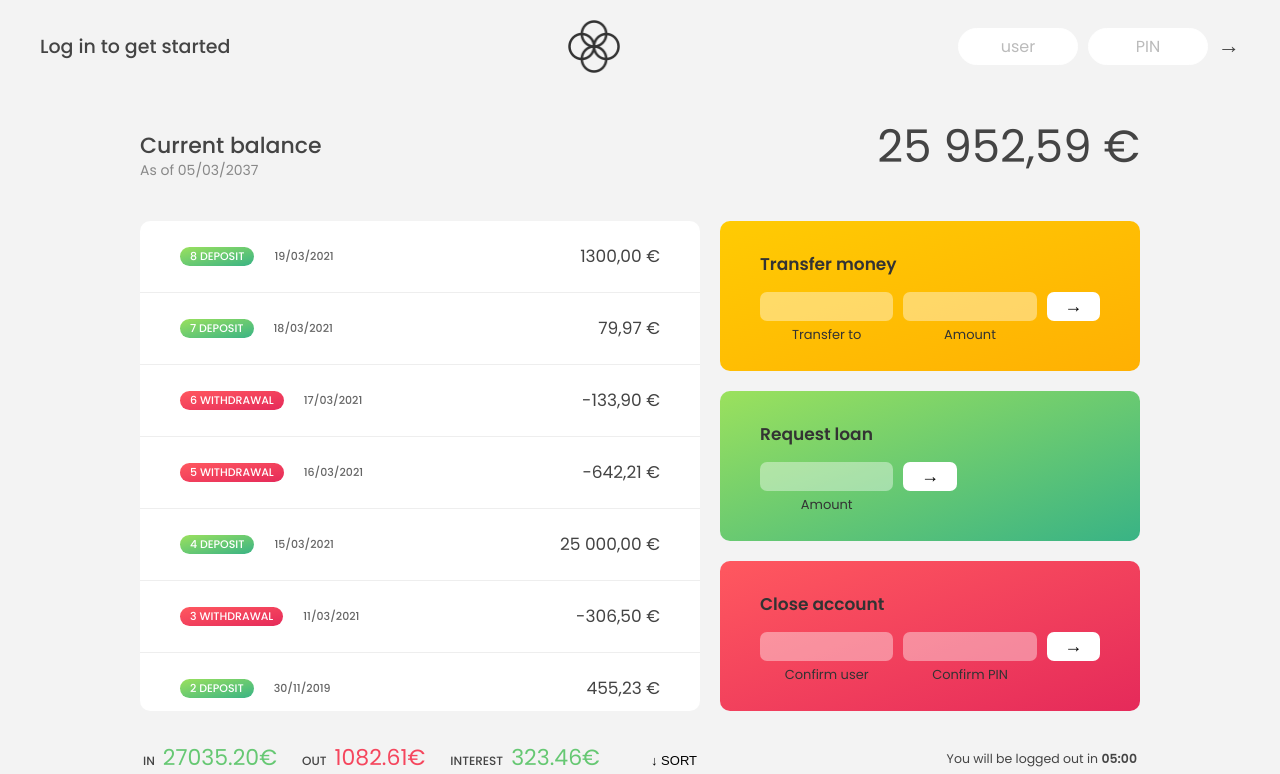
Repository: Samkiroko/Dateas-Number-Timers
Page: starter/index.html
The author's editor kept a copy of each file at every save. The page is drawn from the files as they stood at one save, then again after the next save.
The browser window is 1280 px wide. The pictures show the whole page.
An inner scrolling area shows only its first screen.

Above is the page before, as saved 2021-03-20 17:35:14.

### starter/index.html
<!DOCTYPE html>
<html lang="en">
  <head>
    <meta charset="UTF-8" />
    <meta name="viewport" content="width=device-width, initial-scale=1.0" />
    <meta http-equiv="X-UA-Compatible" content="ie=edge" />
    <link rel="shortcut icon" type="image/png" href="/icon.png" />

    <link
      href="https://fonts.googleapis.com/css?family=Poppins:400,500,600&display=swap"
      rel="stylesheet"
    />

    <link rel="stylesheet" href="style.css" />
    <title>Bankist</title>
  </head>
  <body>
    <!-- TOP NAVIGATION -->
    <nav>
      <p class="welcome">Log in to get started</p>
      <img src="logo.png" alt="Logo" class="logo" />
      <form class="login">
        <input
          type="text"
          placeholder="user"
          class="login__input login__input--user"
        />
        <!-- In practice, use type="password" -->
        <input
          type="text"
          placeholder="PIN"
          maxlength="4"
          class="login__input login__input--pin"
        />
        <button class="login__btn">&rarr;</button>
      </form>
    </nav>

    <main class="app">
      <!-- BALANCE -->
      <div class="balance">
        <div>
          <p class="balance__label">Current balance</p>
          <p class="balance__date">
            As of <span class="date">05/03/2037</span>
          </p>
        </div>
        <p class="balance__value">0000€</p>
      </div>

      <!-- MOVEMENTS -->
      <div class="movements">
        <div class="movements__row">
          <div class="movements__type movements__type--deposit">2 deposit</div>
          <div class="movements__date">3 days ago</div>
          <div class="movements__value">4 000€</div>
        </div>
        <div class="movements__row">
          <div class="movements__type movements__type--withdrawal">
            1 withdrawal
          </div>
          <div class="movements__date">24/01/2037</div>
          <div class="movements__value">-378€</div>
        </div>
      </div>

      <!-- SUMMARY -->
      <div class="summary">
        <p class="summary__label">In</p>
        <p class="summary__value summary__value--in">0000€</p>
        <p class="summary__label">Out</p>
        <p class="summary__value summary__value--out">0000€</p>
        <p class="summary__label">Interest</p>
        <p class="summary__value summary__value--interest">0000€</p>
        <button class="btn--sort">&downarrow; SORT</button>
      </div>

      <!-- OPERATION: TRANSFERS -->
      <div class="operation operation--transfer">
        <h2>Transfer money</h2>
        <form class="form form--transfer">
          <input type="text" class="form__input form__input--to" />
          <input type="number" class="form__input form__input--amount" />
          <button class="form__btn form__btn--transfer">&rarr;</button>
          <label class="form__label">Transfer to</label>
          <label class="form__label">Amount</label>
        </form>
      </div>

      <!-- OPERATION: LOAN -->
      <div class="operation operation--loan">
        <h2>Request loan</h2>
        <form class="form form--loan">
          <input type="number" class="form__input form__input--loan-amount" />
          <button class="form__btn form__btn--loan">&rarr;</button>
          <label class="form__label form__label--loan">Amount</label>
        </form>
      </div>

      <!-- OPERATION: CLOSE -->
      <div class="operation operation--close">
        <h2>Close account</h2>
        <form class="form form--close">
          <input type="text" class="form__input form__input--user" />
          <input
            type="password"
            maxlength="6"
            class="form__input form__input--pin"
          />
          <button class="form__btn form__btn--close">&rarr;</button>
          <label class="form__label">Confirm user</label>
          <label class="form__label">Confirm PIN</label>
        </form>
      </div>

      <!-- LOGOUT TIMER -->
      <p class="logout-timer">
        You will be logged out in <span class="timer">05:00</span>
      </p>
    </main>

    <!-- <footer>
      &copy; by Jonas Schmedtmann. Don't claim as your own :)
    </footer> -->

    <script src="script.js"></script>
  </body>
</html>

### starter/style.css
/*
 * Use this CSS to learn some intersting techniques,
 * in case you're wondering how I built the UI.
 * Have fun! 😁
 */

* {
  margin: 0;
  padding: 0;
  box-sizing: inherit;
}

html {
  font-size: 62.5%;
  box-sizing: border-box;
}

body {
  font-family: 'Poppins', sans-serif;
  color: #444;
  background-color: #f3f3f3;
  height: 100vh;
  padding: 2rem;
}

nav {
  display: flex;
  justify-content: space-between;
  align-items: center;
  padding: 0 2rem;
}

.welcome {
  font-size: 1.9rem;
  font-weight: 500;
}

.logo {
  height: 5.25rem;
}

.login {
  display: flex;
}

.login__input {
  border: none;
  padding: 0.5rem 2rem;
  font-size: 1.6rem;
  font-family: inherit;
  text-align: center;
  width: 12rem;
  border-radius: 10rem;
  margin-right: 1rem;
  color: inherit;
  border: 1px solid #fff;
  transition: all 0.3s;
}

.login__input:focus {
  outline: none;
  border: 1px solid #ccc;
}

.login__input::placeholder {
  color: #bbb;
}

.login__btn {
  border: none;
  background: none;
  font-size: 2.2rem;
  color: inherit;
  cursor: pointer;
  transition: all 0.3s;
}

.login__btn:hover,
.login__btn:focus,
.btn--sort:hover,
.btn--sort:focus {
  outline: none;
  color: #777;
}

/* MAIN */
.app {
  position: relative;
  max-width: 100rem;
  margin: 4rem auto;
  display: grid;
  grid-template-columns: 4fr 3fr;
  grid-template-rows: auto repeat(3, 15rem) auto;
  gap: 2rem;

  /* NOTE This creates the fade in/out anumation */
  opacity: 0;
  transition: all 1s;
}

.balance {
  grid-column: 1 / span 2;
  display: flex;
  align-items: flex-end;
  justify-content: space-between;
  margin-bottom: 2rem;
}

.balance__label {
  font-size: 2.2rem;
  font-weight: 500;
  margin-bottom: -0.2rem;
}

.balance__date {
  font-size: 1.4rem;
  color: #888;
}

.balance__value {
  font-size: 4.5rem;
  font-weight: 400;
}

/* MOVEMENTS */
.movements {
  grid-row: 2 / span 3;
  background-color: #fff;
  border-radius: 1rem;
  overflow: scroll;
}

.movements__row {
  padding: 2.25rem 4rem;
  display: flex;
  align-items: center;
  border-bottom: 1px solid #eee;
}

.movements__type {
  font-size: 1.1rem;
  text-transform: uppercase;
  font-weight: 500;
  color: #fff;
  padding: 0.1rem 1rem;
  border-radius: 10rem;
  margin-right: 2rem;
}

.movements__date {
  font-size: 1.1rem;
  text-transform: uppercase;
  font-weight: 500;
  color: #666;
}

.movements__type--deposit {
  background-image: linear-gradient(to top left, #39b385, #9be15d);
}

.movements__type--withdrawal {
  background-image: linear-gradient(to top left, #e52a5a, #ff585f);
}

.movements__value {
  font-size: 1.7rem;
  margin-left: auto;
}

/* SUMMARY */
.summary {
  grid-row: 5 / 6;
  display: flex;
  align-items: baseline;
  padding: 0 0.3rem;
  margin-top: 1rem;
}

.summary__label {
  font-size: 1.2rem;
  font-weight: 500;
  text-transform: uppercase;
  margin-right: 0.8rem;
}

.summary__value {
  font-size: 2.2rem;
  margin-right: 2.5rem;
}

.summary__value--in,
.summary__value--interest {
  color: #66c873;
}

.summary__value--out {
  color: #f5465d;
}

.btn--sort {
  margin-left: auto;
  border: none;
  background: none;
  font-size: 1.3rem;
  font-weight: 500;
  cursor: pointer;
}

/* OPERATIONS */
.operation {
  border-radius: 1rem;
  padding: 3rem 4rem;
  color: #333;
}

.operation--transfer {
  background-image: linear-gradient(to top left, #ffb003, #ffcb03);
}

.operation--loan {
  background-image: linear-gradient(to top left, #39b385, #9be15d);
}

.operation--close {
  background-image: linear-gradient(to top left, #e52a5a, #ff585f);
}

h2 {
  margin-bottom: 1.5rem;
  font-size: 1.7rem;
  font-weight: 600;
  color: #333;
}

.form {
  display: grid;
  grid-template-columns: 2.5fr 2.5fr 1fr;
  grid-template-rows: auto auto;
  gap: 0.4rem 1rem;
}

/* Exceptions for interst */
.form.form--loan {
  grid-template-columns: 2.5fr 1fr 2.5fr;
}
.form__label--loan {
  grid-row: 2;
}
/* End exceptions */

.form__input {
  width: 100%;
  border: none;
  background-color: rgba(255, 255, 255, 0.4);
  font-family: inherit;
  font-size: 1.5rem;
  text-align: center;
  color: #333;
  padding: 0.3rem 1rem;
  border-radius: 0.7rem;
  transition: all 0.3s;
}

.form__input:focus {
  outline: none;
  background-color: rgba(255, 255, 255, 0.6);
}

.form__label {
  font-size: 1.3rem;
  text-align: center;
}

.form__btn {
  border: none;
  border-radius: 0.7rem;
  font-size: 1.8rem;
  background-color: #fff;
  cursor: pointer;
  transition: all 0.3s;
}

.form__btn:focus {
  outline: none;
  background-color: rgba(255, 255, 255, 0.8);
}

.logout-timer {
  padding: 0 0.3rem;
  margin-top: 1.9rem;
  text-align: right;
  font-size: 1.25rem;
}

.timer {
  font-weight: 600;
}

### starter/script.js
'use strict';

/////////////////////////////////////////////////
/////////////////////////////////////////////////
// BANKIST APP

/////////////////////////////////////////////////
// Data

// DIFFERENT DATA! Contains movement dates, currency and locale

const account1 = {
  owner: 'Jonas Schmedtmann',
  movements: [200, 455.23, -306.5, 25000, -642.21, -133.9, 79.97, 1300],
  interestRate: 1.2, // %
  pin: 1111,

  movementsDates: [
    '2019-11-01T13:15:33.035Z',
    '2019-11-30T09:48:16.867Z',
    '2021-03-11T06:04:23.907Z',
    '2021-03-15T14:18:46.235Z',
    '2021-03-16T16:33:06.386Z',
    '2021-03-17T14:43:26.374Z',
    '2021-03-18T18:49:59.371Z',
    '2021-03-19T12:01:20.894Z',
  ],
  currency: 'EUR',
  locale: 'pt-PT', // de-DE
};

const account2 = {
  owner: 'Jessica Davis',
  movements: [5000, 3400, -150, -790, -3210, -1000, 8500, -30],
  interestRate: 1.5,
  pin: 2222,

  movementsDates: [
    '2019-11-01T13:15:33.035Z',
    '2019-11-30T09:48:16.867Z',
    '2021-03-11T06:04:23.907Z',
    '2021-03-15T14:18:46.235Z',
    '2021-03-16T16:33:06.386Z',
    '2021-03-17T14:43:26.374Z',
    '2021-03-18T18:49:59.371Z',
    '2021-03-19T12:01:20.894Z',
  ],
  currency: 'USD',
  locale: 'en-US',
};

const accounts = [account1, account2];

/////////////////////////////////////////////////
// Elements
const labelWelcome = document.querySelector('.welcome');
const labelDate = document.querySelector('.date');
const labelBalance = document.querySelector('.balance__value');
const labelSumIn = document.querySelector('.summary__value--in');
const labelSumOut = document.querySelector('.summary__value--out');
const labelSumInterest = document.querySelector('.summary__value--interest');
const labelTimer = document.querySelector('.timer');

const containerApp = document.querySelector('.app');
const containerMovements = document.querySelector('.movements');

const btnLogin = document.querySelector('.login__btn');
const btnTransfer = document.querySelector('.form__btn--transfer');
const btnLoan = document.querySelector('.form__btn--loan');
const btnClose = document.querySelector('.form__btn--close');
const btnSort = document.querySelector('.btn--sort');

const inputLoginUsername = document.querySelector('.login__input--user');
const inputLoginPin = document.querySelector('.login__input--pin');
const inputTransferTo = document.querySelector('.form__input--to');
const inputTransferAmount = document.querySelector('.form__input--amount');
const inputLoanAmount = document.querySelector('.form__input--loan-amount');
const inputCloseUsername = document.querySelector('.form__input--user');
const inputClosePin = document.querySelector('.form__input--pin');

/////////////////////////////////////////////////
// Functions

const formatMovementDate = function (date, locale) {
  const calcDaysPassed = (date1, date2) =>
    Math.round(Math.abs(date2 - date1) / (1000 * 60 * 60 * 24));

  const daysPassed = calcDaysPassed(new Date(), date);

  if (daysPassed === 0) return 'Today';
  if (daysPassed === 1) return 'Yesterday';
  if (daysPassed <= 7) return `${daysPassed} days ago`;

  // const day = `${date.getDate()}`.padStart(2, 0);
  // const month = `${date.getMonth() + 1}`.padStart(2, 0);
  // const year = date.getFullYear();
  // return `${day}/${month}/${year}`;
  return new Intl.DateTimeFormat(locale).format(date);
};

const formatCur = (value, locale, currency) => {
  return new Intl.NumberFormat(locale, {
    style: 'currency',
    currency: currency,
  }).format(value);
};

const displayMovements = function (acc, sort = false) {
  containerMovements.innerHTML = '';

  const movs = sort
    ? acc.movements.slice().sort((a, b) => a - b)
    : acc.movements;

  movs.forEach(function (mov, i) {
    const type = mov > 0 ? 'deposit' : 'withdrawal';

    const date = new Date(acc.movementsDates[i]);
    const displayDate = formatMovementDate(date, acc.locale);

    const formattedMov = formatCur(mov, acc.locale, acc.currency);

    const html = `
      <div class="movements__row">
        <div class="movements__type movements__type--${type}">${
      i + 1
    } ${type}</div>
     <div class="movements__date">${displayDate}</div>
        <div class="movements__value">${formattedMov}</div>
      </div>
    `;

    containerMovements.insertAdjacentHTML('afterbegin', html);
  });
};

const calcDisplayBalance = function (acc) {
  acc.balance = acc.movements.reduce((acc, mov) => acc + mov, 0);
  labelBalance.textContent = formatCur(acc.balance, acc.locale, acc.currency);
};

const calcDisplaySummary = function (acc) {
  const incomes = acc.movements
    .filter(mov => mov > 0)
    .reduce((acc, mov) => acc + mov, 0);
  labelSumIn.textContent = `${incomes.toFixed(2)}€`;

  const out = acc.movements
    .filter(mov => mov < 0)
    .reduce((acc, mov) => acc + mov, 0);
  labelSumOut.textContent = `${Math.abs(out).toFixed(2)}€`;

  const interest = acc.movements
    .filter(mov => mov > 0)
    .map(deposit => (deposit * acc.interestRate) / 100)
    .filter((int, i, arr) => {
      // console.log(arr);
      return int >= 1;
    })
    .reduce((acc, int) => acc + int, 0);
  labelSumInterest.textContent = `${interest.toFixed(2)}€`;
};

const createUsernames = function (accs) {
  accs.forEach(function (acc) {
    acc.username = acc.owner
      .toLowerCase()
      .split(' ')
      .map(name => name[0])
      .join('');
  });
};
createUsernames(accounts);

const updateUI = function (acc) {
  // Display movements
  displayMovements(acc);

  // Display balance
  calcDisplayBalance(acc);

  // Display summary
  calcDisplaySummary(acc);
};

///////////////////////////////////////
// Event handlers
let currentAccount;

// fake always logged
currentAccount = account1;
updateUI(currentAccount);
containerApp.style.opacity = 100;

btnLogin.addEventListener('click', function (e) {
  // Prevent form from submitting
  e.preventDefault();

  currentAccount = accounts.find(
    acc => acc.username === inputLoginUsername.value
  );
  console.log(currentAccount);

  if (currentAccount?.pin === +inputLoginPin.value) {
    // Display UI and message
    labelWelcome.textContent = `Welcome back, ${
      currentAccount.owner.split(' ')[0]
    }`;
    containerApp.style.opacity = 100;

    // Create current date and time
    const now = new Date();
    const options = {
      hour: 'numeric',
      minute: 'numeric',
      day: 'numeric',
      month: 'numeric',
      year: 'numeric',
      // weekday: 'long',
    };
    // const locale = navigator.language;
    // console.log(locale);

    labelDate.textContent = new Intl.DateTimeFormat(
      currentAccount.locale,
      options
    ).format(now);

    // Clear input fields
    inputLoginUsername.value = inputLoginPin.value = '';
    inputLoginPin.blur();

    // Update UI
    updateUI(currentAccount);
  }
});

btnTransfer.addEventListener('click', function (e) {
  e.preventDefault();
  const amount = +inputTransferAmount.value;
  const receiverAcc = accounts.find(
    acc => acc.username === inputTransferTo.value
  );
  inputTransferAmount.value = inputTransferTo.value = '';

  if (
    amount > 0 &&
    receiverAcc &&
    currentAccount.balance >= amount &&
    receiverAcc?.username !== currentAccount.username
  ) {
    // Doing the transfer
    currentAccount.movements.push(-amount);
    receiverAcc.movements.push(amount);

    // Add transfer date
    currentAccount.movementsDates.push(new Date().toISOString());
    receiverAcc.movementsDates.push(new Date().toISOString());

    // Update UI
    updateUI(currentAccount);

    // Reset timer
    clearInterval(timer);
    timer = startLogOutTimer();
  }
});

btnLoan.addEventListener('click', function (e) {
  e.preventDefault();

  const amount = Math.floor(inputLoanAmount.value);

  if (amount > 0 && currentAccount.movements.some(mov => mov >= amount * 0.1)) {
    setTimeout(function () {
      // Add movement
      currentAccount.movements.push(amount);

      // Add loan date
      currentAccount.movementsDates.push(new Date().toISOString());

      // Update UI
      updateUI(currentAccount);

      // Reset timer
      clearInterval(timer);
      timer = startLogOutTimer();
    }, 2500);
  }
  inputLoanAmount.value = '';
});

btnClose.addEventListener('click', function (e) {
  e.preventDefault();

  if (
    inputCloseUsername.value === currentAccount.username &&
    +inputClosePin.value === currentAccount.pin
  ) {
    const index = accounts.findIndex(
      acc => acc.username === currentAccount.username
    );
    console.log(index);
    // .indexOf(23)

    // Delete account
    accounts.splice(index, 1);

    // Hide UI
    containerApp.style.opacity = 0;
  }

  inputCloseUsername.value = inputClosePin.value = '';
});

let sorted = false;
btnSort.addEventListener('click', function (e) {
  e.preventDefault();
  displayMovements(currentAccount.movements, !sorted);
  sorted = !sorted;
});

/////////////////////////////////////////////////
/////////////////////////////////////////////////
// LECTURES
// console.log(23 === 23.0);
// console.log(0.1 + 0.2);
// console.log(Number('23'));
// console.log(+'23');

// //  parsing
// console.log(Number.parseInt('30px', 10));

// console.log(Number.parseFloat('2.5rem'));
// console.log(Number.parseInt('2.5rem'));

// console.log(Number.isFinite('20'));

// // Math and Rounding off
// console.log(Math.sqrt(25));
// console.log(Math.max(5, 3, 7, 5, 3, 5, 3));
// console.log(Math.min(5, 3, 7, 5, 3, 5, 3));

// console.log(Math.PI * Number.parseFloat('10px') ** 2);

// console.log(Math.trunc(Math.random() * 6) + 1);

// const ramdomInt = (min, max) =>
//   Math.floor(Math.random() * (max - min) + 1) + min;

// console.log(ramdomInt(10, 20));

// //  Rounding integers
// console.log(Math.trunc(23.3));
// console.log(Math.ceil(23.3));
// console.log(Math.floor(23.3));

// // Rounding decimals
// console.log((2.7).toFixed(0));
// console.log((2.7).toFixed(3));
// console.log((2.7).toFixed(2));

// //  reminder operator
// console.log(5 % 2); //reminder 1

// //  check even or odd
// const isEven = n => n % 2 === 0;

// console.log(isEven(2));
// console.log(isEven(111));

// labelBalance.addEventListener('click', function () {
//   [...document.querySelectorAll('.movements__row')].forEach(function (row, i) {
//     if (i % 2 === 0) row.style.backgroundColor = 'aqua';
//     if (i % 3 === 0) row.style.backgroundColor = 'purple';
//   });
// });

// // nth choosing use the reminder
// // big inti
// console.log(2 ** 53 - 1);
// console.log(Number.Max_SAFE_INTEGER);
// console.log(565633565766766767676574n);
// console.log(BigInt(45466565656565464));

// console.log(1000n * 10000n);

// create a date
// const now = new Date();
// console.log(now);

// console.log(new Date('December 24, 2015'));

// console.log(new Date(account1.movementsDates[0]));

// console.log(new Date(2037, 10, 19, 15, 23, 5));
// console.log(new Date(0));
// console.log(new Date(3 * 24 * 60 * 60 * 1000));

// const future = new Date(2037, 10, 19, 15, 10);
// console.log(future);
// console.log(future.getFullYear());
// console.log(future.getMonth());
// console.log(future.getDate());
// console.log(future.getDay());
// console.log(future.getMinutes());
// console.log(future.toISOString());
// console.log(future.getTime());

// console.log(Date.now());
// future.setFullYear(2040);
// console.log(future);

//  dates

// const future = new Date(2037, 10, 19, 15, 10);
// console.log(+future);

// const calcDaysPassed = (date1, date2) =>
//   Math.abs(date2 - date1) / (1000 * 60 * 60 * 24);
// const days1 = calcDaysPassed(new Date(2037, 3, 14), new Date(2037, 3, 24));

// console.log(days1);

// const num = 389845544.23;
// const options = {
//   style: 'currency',
//   unit: 'celsius',
//   currency: 'kes',
// };

// console.log('US', new Intl.NumberFormat('en-US', options).format(num));
// console.log('Germany', new Intl.NumberFormat('de-DE', options).format(num));
// console.log(
//   'Locale',
//   new Intl.NumberFormat(navigator.language, options).format(num)
// );

After the next save:
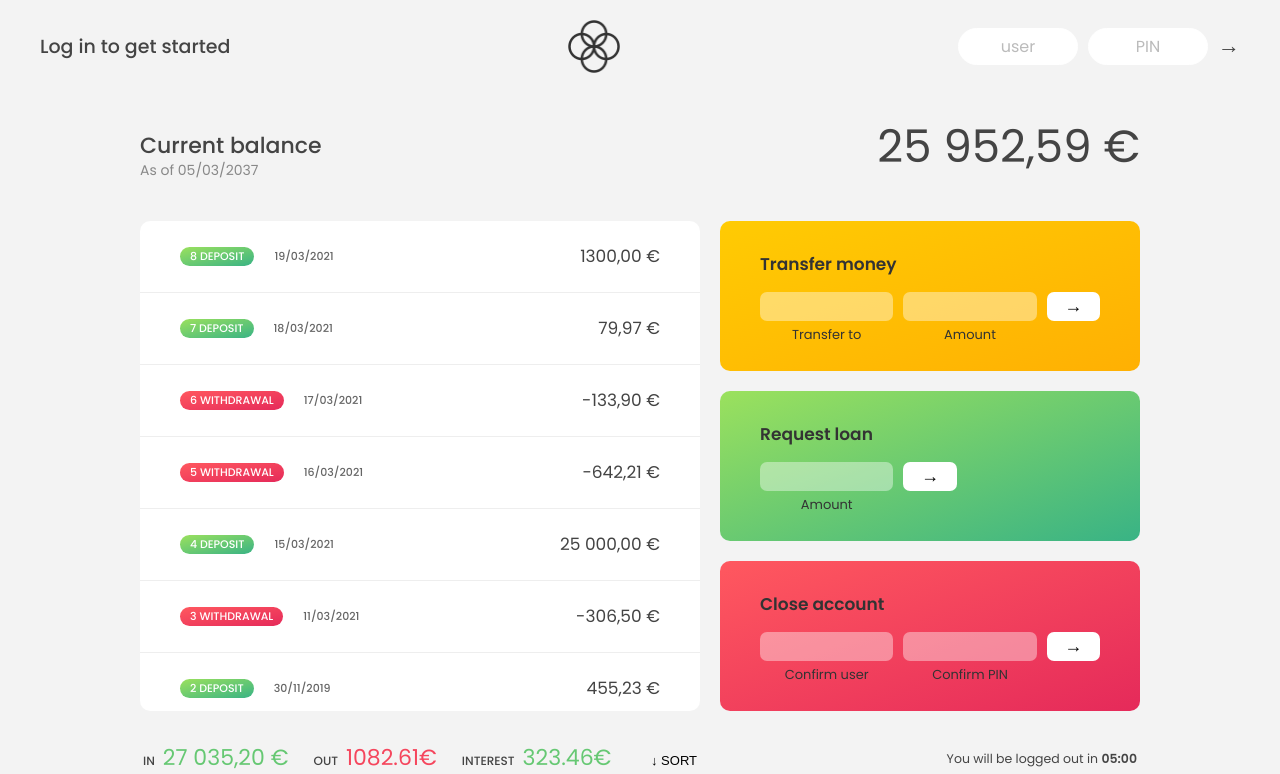
Saved 110 s later.
--- a/starter/script.js
+++ b/starter/script.js
@@ -143,7 +143,7 @@
   const incomes = acc.movements
     .filter(mov => mov > 0)
     .reduce((acc, mov) => acc + mov, 0);
-  labelSumIn.textContent = `${incomes.toFixed(2)}€`;
+  labelSumIn.textContent = formatCur(incomes, acc.locale, acc.currency);
 
   const out = acc.movements
     .filter(mov => mov < 0)
